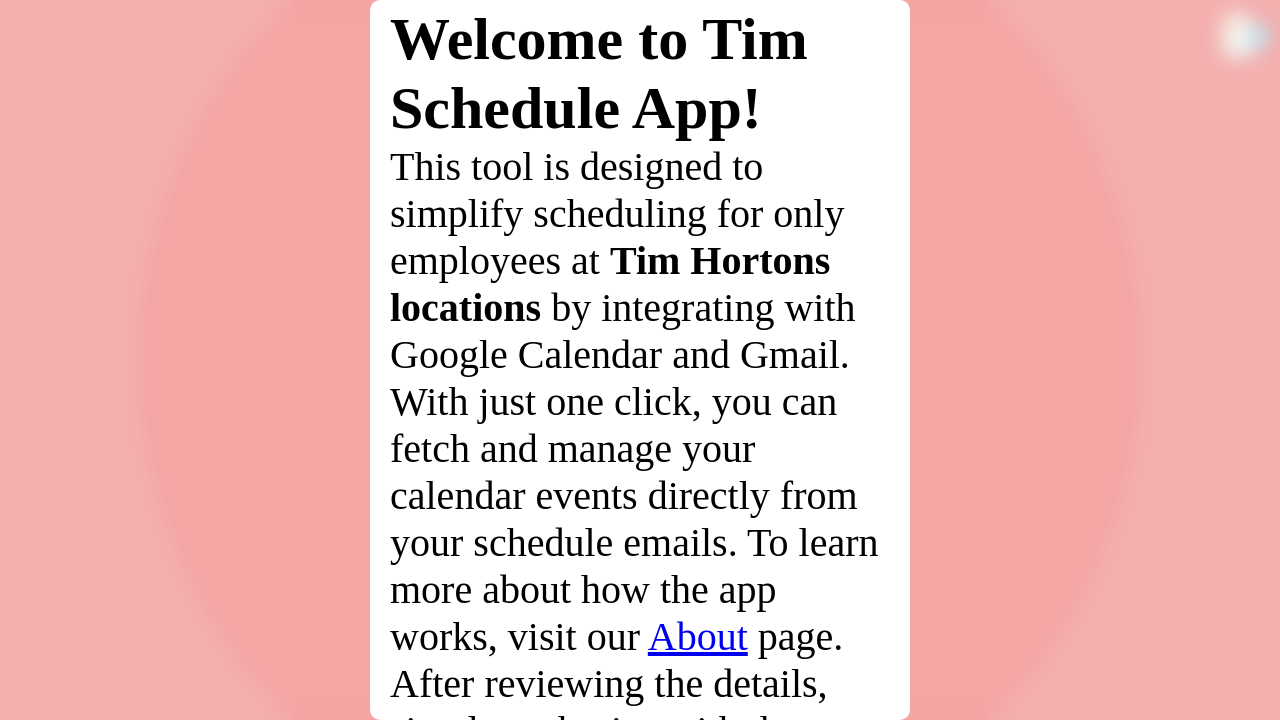
Repository: Sukhvir-Grewal/tim-schadule-app
Page: node_version/public/index.html
These files come from the project's save history. The page is drawn as it stood at one moment and after the next save; the edit follows.
The browser window is 1280 px wide. The pictures show the whole page.

Above is the page before, as saved 2024-08-15 01:08:02.

After the next save:
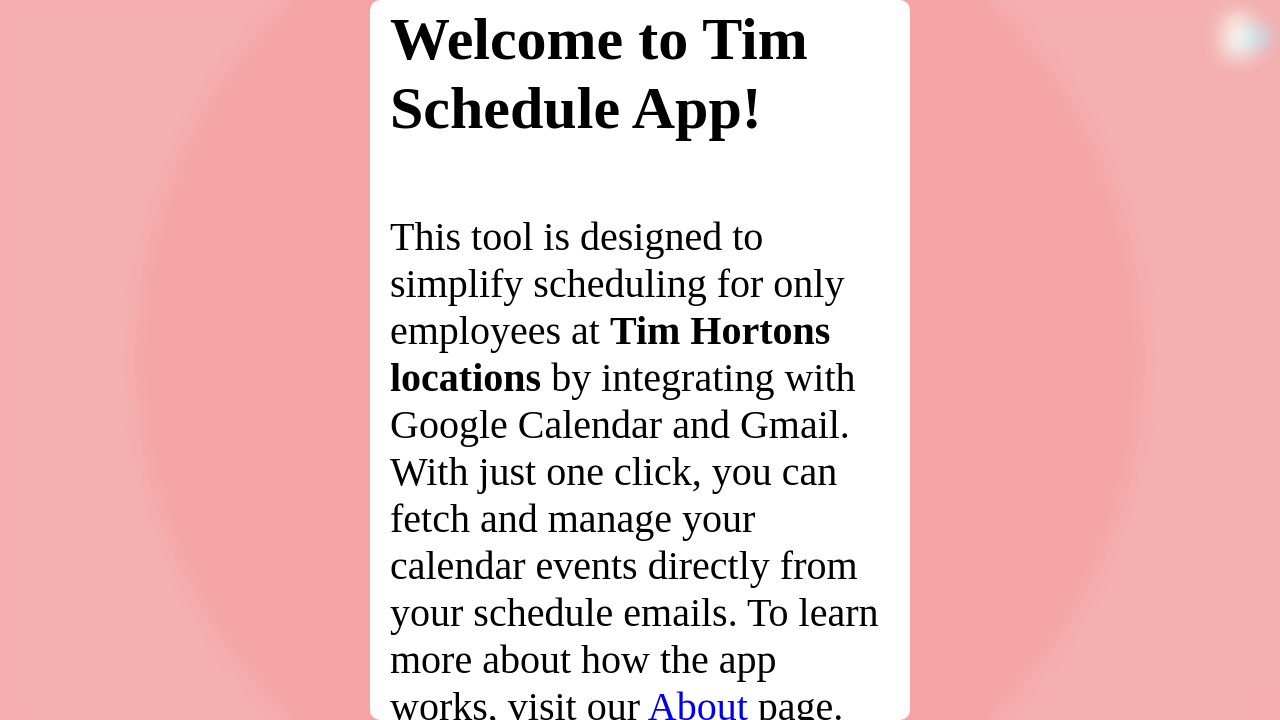
Saved 10 s later.
--- a/node_version/public/style.css
+++ b/node_version/public/style.css
@@ -36,7 +36,7 @@
     font-size: 40px;
 }
 
-.aboutBox p{
+.aboutBox h2{
     margin-bottom: 70px;
 }
 

After the save that followed:
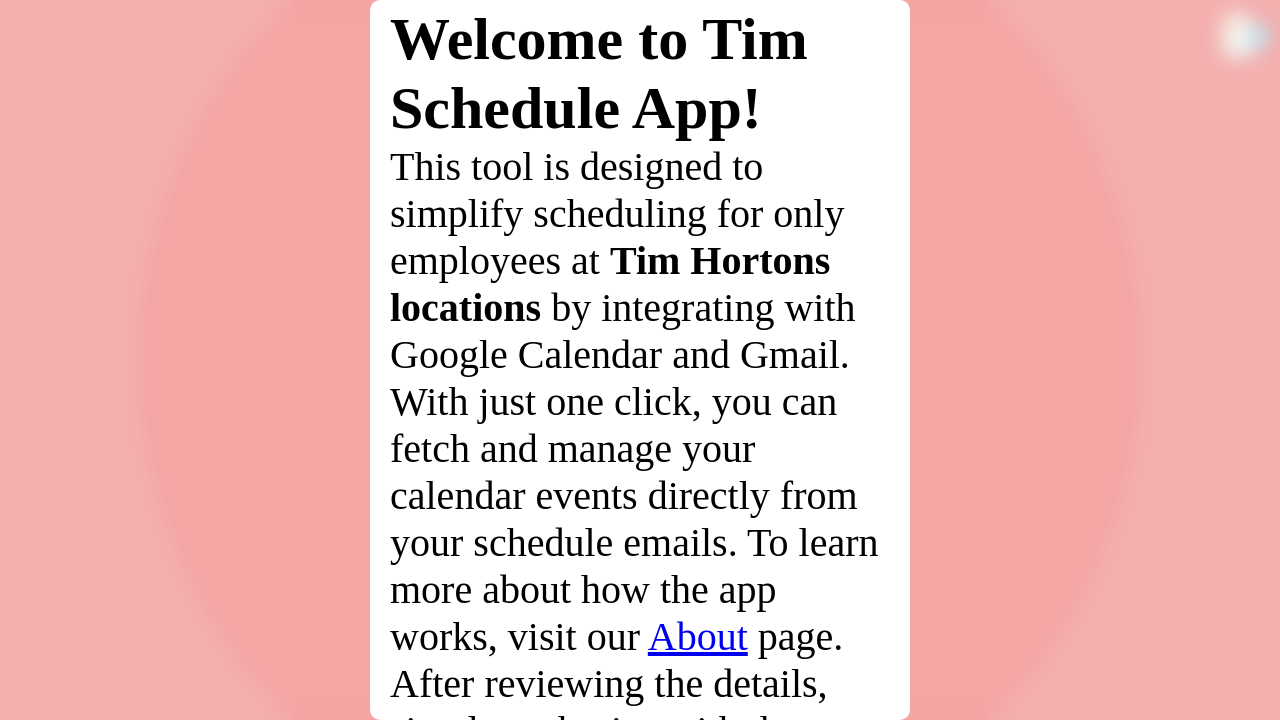
Saved 7 s later.
--- a/node_version/public/style.css
+++ b/node_version/public/style.css
@@ -36,7 +36,7 @@
     font-size: 40px;
 }
 
-.aboutBox h2{
+.aboutBox h2 p{
     margin-bottom: 70px;
 }
 
